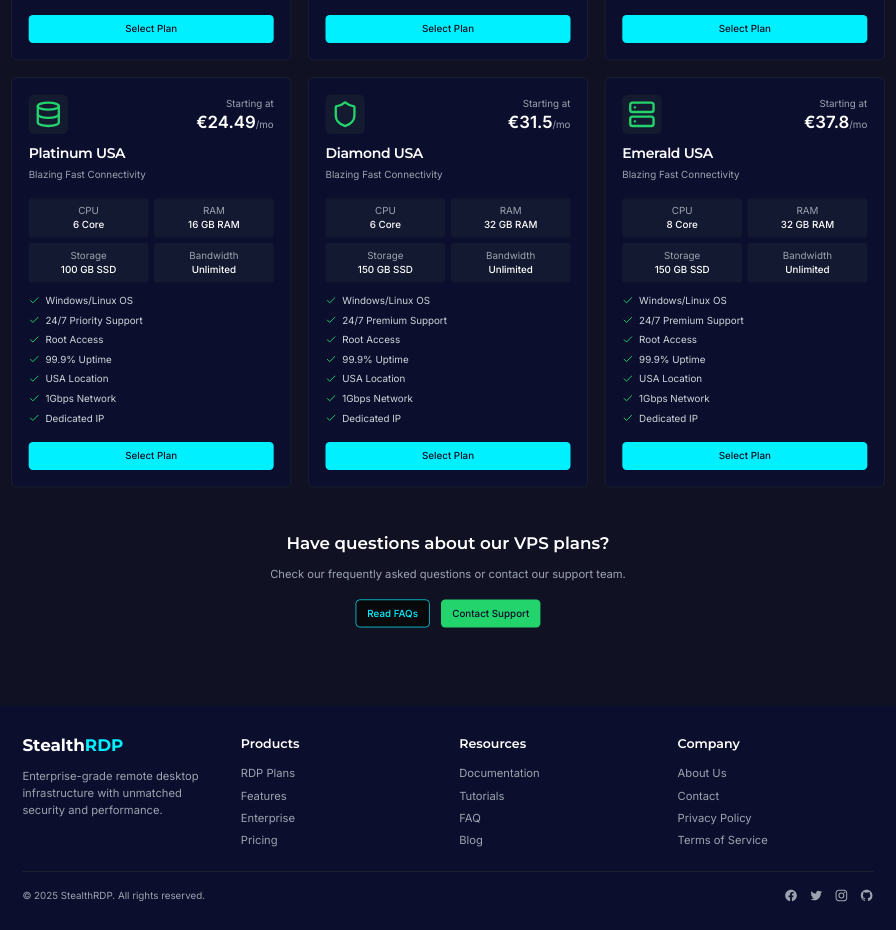
Repository: Husnainn01/stealthrdp2
Page: /plans
An editor plug-in stored every save of this project. The page is shown before and after the next save, followed by the edit.
The browser window is 1280 px wide. The pictures show the part of the page from y = 956 to 2876 px (the page is 2285 px tall before and 2876 px after), at 70% of full size.
The project was rebuilt for these pictures with package versions that can differ from the ones it lists, and the page was loaded fresh each time. Also part of the build but not shown: vite.config.ts, src/components/ui/tooltip.tsx, src/pages/Index.tsx, src/components/ui/accordion.tsx, src/pages/FAQ.tsx, src/pages/Features.tsx, src/pages/NotFound.tsx.

Above is the page before, as saved 2025-05-05 02:45:30.

After the next save:
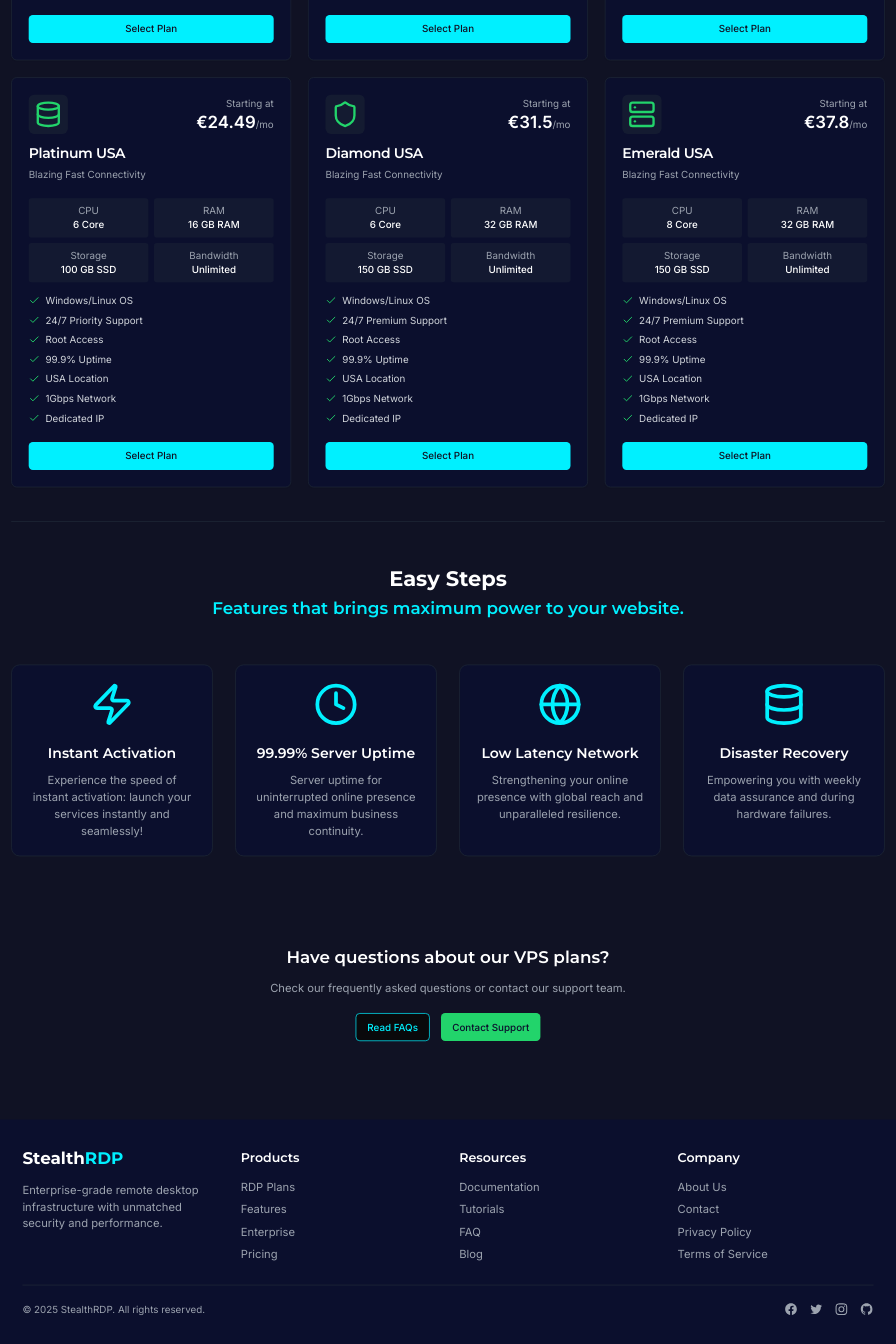
Saved 7 min 34 s later.
--- a/src/pages/Plans.tsx
+++ b/src/pages/Plans.tsx
@@ -2,7 +2,7 @@
 import Layout from '../components/Layout';
 import { Button } from '../components/ui/button';
 import { Card, CardContent, CardDescription, CardFooter, CardHeader, CardTitle } from '../components/ui/card';
-import { Check, Shield, Cpu, Database, Server, HardDrive, Settings, Globe } from 'lucide-react';
+import { Check, Shield, Cpu, Database, Server, HardDrive, Settings, Globe, Zap, Clock } from 'lucide-react';
 import { Tabs, TabsContent, TabsList, TabsTrigger } from "../components/ui/tabs";
 
 const Plans = () => {
@@ -380,6 +380,58 @@
             </TabsContent>
           </Tabs>
 
+          {/* Easy Steps Section */}
+          <div className="py-16 border-t border-gray-800">
+            <div className="text-center mb-16">
+              <h2 className="text-2xl md:text-3xl font-bold text-white mb-2">Easy Steps</h2>
+              <h3 className="text-xl md:text-2xl font-semibold text-electric mb-4">
+                Features that brings maximum power to your website.
+              </h3>
+            </div>
+
+            <div className="grid grid-cols-1 md:grid-cols-2 lg:grid-cols-4 gap-8">
+              <div className="bg-midnight rounded-xl p-6 text-center hover:border-electric border border-gray-800 transition-all duration-300">
+                <div className="flex justify-center mb-6">
+                  <Zap className="h-16 w-16 text-electric" />
+                </div>
+                <h4 className="text-xl font-semibold text-white mb-3">Instant Activation</h4>
+                <p className="text-gray-400">
+                  Experience the speed of instant activation: launch your services instantly and seamlessly!
+                </p>
+              </div>
+
+              <div className="bg-midnight rounded-xl p-6 text-center hover:border-electric border border-gray-800 transition-all duration-300">
+                <div className="flex justify-center mb-6">
+                  <Clock className="h-16 w-16 text-electric" />
+                </div>
+                <h4 className="text-xl font-semibold text-white mb-3">99.99% Server Uptime</h4>
+                <p className="text-gray-400">
+                  Server uptime for uninterrupted online presence and maximum business continuity.
+                </p>
+              </div>
+
+              <div className="bg-midnight rounded-xl p-6 text-center hover:border-electric border border-gray-800 transition-all duration-300">
+                <div className="flex justify-center mb-6">
+                  <Globe className="h-16 w-16 text-electric" />
+                </div>
+                <h4 className="text-xl font-semibold text-white mb-3">Low Latency Network</h4>
+                <p className="text-gray-400">
+                  Strengthening your online presence with global reach and unparalleled resilience.
+                </p>
+              </div>
+
+              <div className="bg-midnight rounded-xl p-6 text-center hover:border-electric border border-gray-800 transition-all duration-300">
+                <div className="flex justify-center mb-6">
+                  <Database className="h-16 w-16 text-electric" />
+                </div>
+                <h4 className="text-xl font-semibold text-white mb-3">Disaster Recovery</h4>
+                <p className="text-gray-400">
+                  Empowering you with weekly data assurance and during hardware failures.
+                </p>
+              </div>
+            </div>
+          </div>
+
           {/* FAQs CTA */}
           <div className="text-center mt-16">
             <h3 className="text-xl md:text-2xl font-semibold text-white mb-4">Have questions about our VPS plans?</h3>
